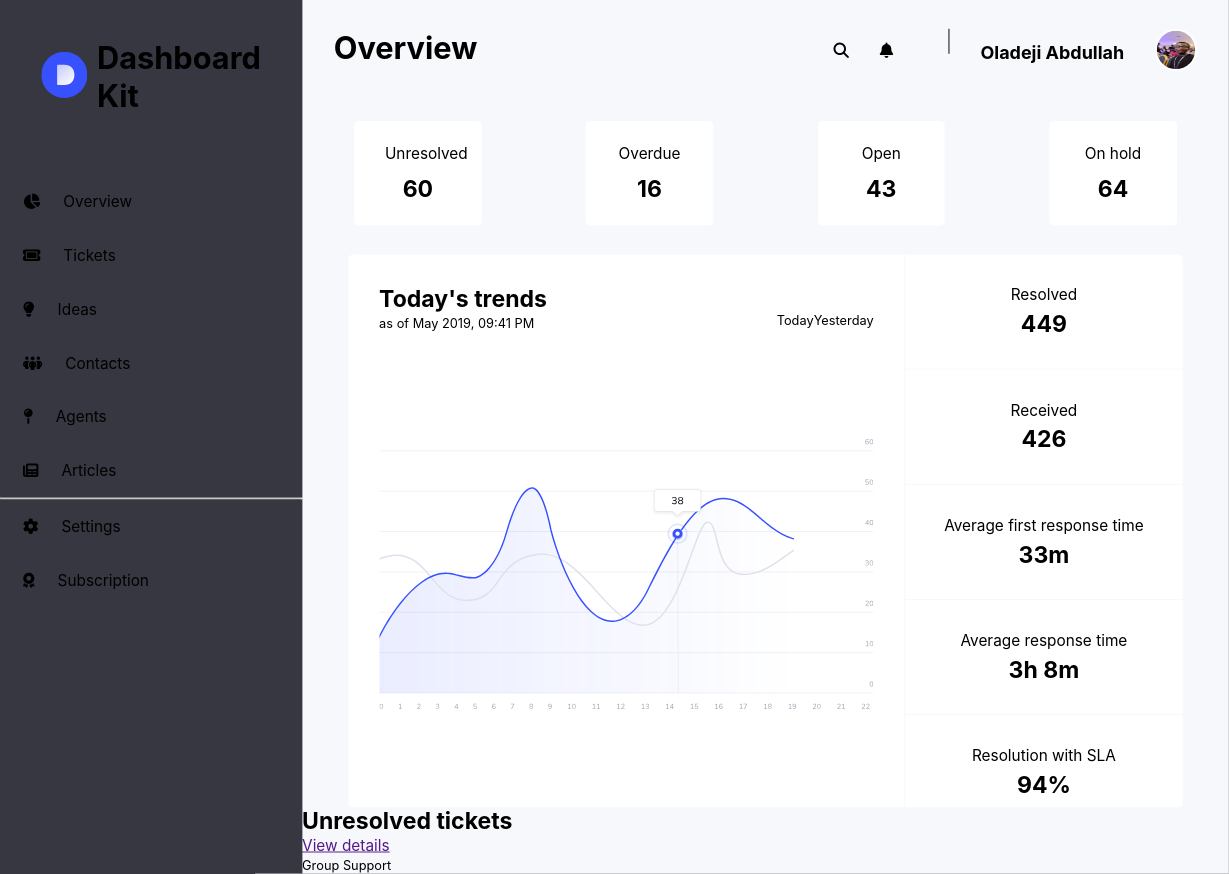
Repository: BuduCE/dashboard
Page: /
These files come from the project's save history. The page is drawn as it stood at one moment and after the next save; the edit follows.
The browser window is 1280 px wide. The pictures show the whole page, at 96% of full size.
Some web libraries are served in a nearby version. The project was rebuilt for these pictures with package versions that can differ from the ones it lists, and the page was loaded fresh each time.

Above is the page before, as saved 2022-08-04 07:50:35.

After the next save:
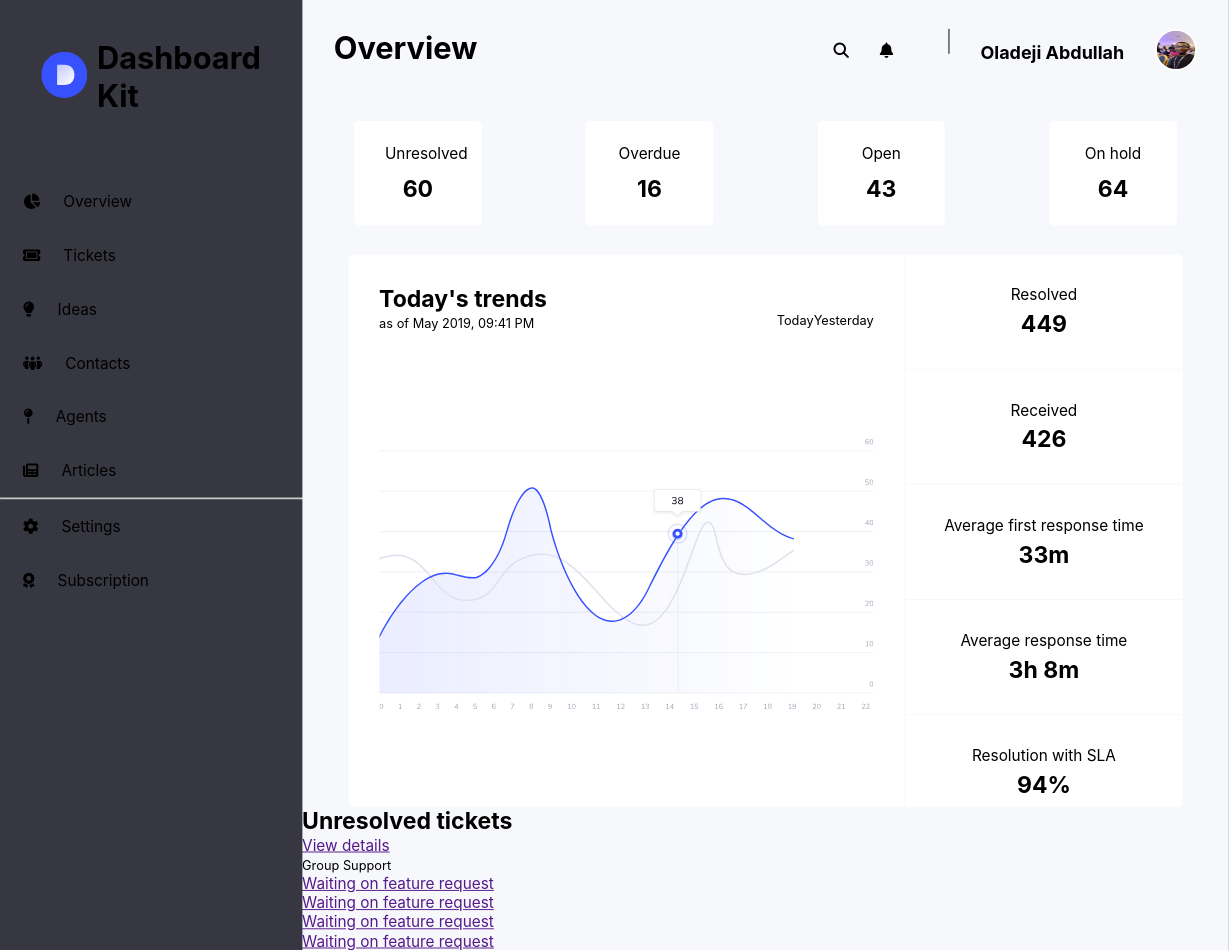
Saved 2 min 29 s later.
--- a/src/pages/Overview/index.jsx
+++ b/src/pages/Overview/index.jsx
@@ -83,13 +83,13 @@ const Overview = () => {
                 </div>
                 <div className="ticket_list">
                     <a href="">
-                        <p></p>
+                        <p>Waiting on feature request</p>
                         <p></p></a><a href="">
-                        <p></p>
+                        <p>Waiting on feature request</p>
                         <p></p></a><a href="">
-                        <p></p>
+                        <p>Waiting on feature request</p>
                         <p></p></a><a href="">
-                        <p></p>
+                        <p>Waiting on feature request</p>
                         <p></p>
                     </a>
                 </div>
